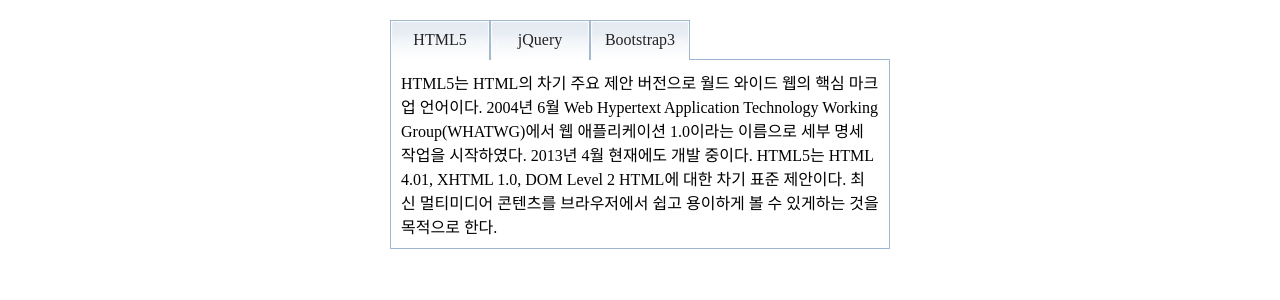
Repository: chaejunho689/bitcamp
Page: jQuery/src/main/webapp/04_jQueryCSS/exam03.html
The author's editor kept a copy of each file at every save. The page is drawn from the files as they stood at one save, then again after a run of saves.
The browser window is 1280 px wide. The pictures show the whole page.
After loading, the first visible `a.selected` was clicked once.
The page's requests for data from a server got no answer.

Above is the page before, as saved 2024-08-23 08:01:49.

### jQuery/src/main/webapp/04_jQueryCSS/exam03.html
<!DOCTYPE html>
<html>
<head>
<meta charset="UTF-8">
<title>Insert title here</title>
<style type="text/css">
* {
    padding: 0;
    margin: 0;
}

#container {
    width: 500px;
    margin: 20px auto;
}

ul.tab {
    list-style: none;
    position: relative;
    z-index: 100;
}

ul.tab li {
    width: 100px;
    height: 40px;
    float: left;
}

ul:after {
    content: '';
    display: block;
    float: none;
    clear: both;
}

ul.tab li a {
    background: url("../image/tab.jpg");
    display: block;
    color: #222;
    line-height: 40px;
    text-align: center;
    text-decoration: none;
}

ul.tab li a.selected {
    background: url("../image/tab_selected.jpg");
}

p.panel {
    border: 1px solid #9FB7D4;
    position: relative;
    padding: 10px;
    margin: 0;
    top: -1px;
}
</style>
</head>
<body>
	<div id="container">
		<!-- 탭 버튼 영역 -->
		<ul class="tab">
			<li><a href="../txt/html5.txt" class="selected">HTML5</a></li>
			<li><a href="../txt/jquery.txt" class="selected">jQuery</a></li>
			<li><a href="../txt/bootstrap.txt" class="selected">Bootstrap3</a></li>
		</ul>
		<!-- 내용 영역 -->
		<p class="panel">파일로부터 읽어드린 내용 출력</p>
	</div>
<script type="text/javascript" src="http://code.jquery.com/jquery-3.7.1.min.js"></script>
<script type="text/javascript">
$(function(){
	console.log($('.selected').attr('href') );
	console.log($('ul.tab > li > a.selected').attr('href'));

	$('p.panel').load($('.selected').attr('href'));

	$('ul.tab > li > a.selected').click(function(){
		console.log('this = ' + this)
		console.log('$(this) = ' + $(this))
		$('ul.tab > li > a').not(this).removeClass('selected');

		return false;
	})

	$('ul.tab > li > a').click(function(){
		$('ul.tab > li > a').load('a').addClass('selected');
	})
});
</script>
</body>
</html>

After the next 2 saves:
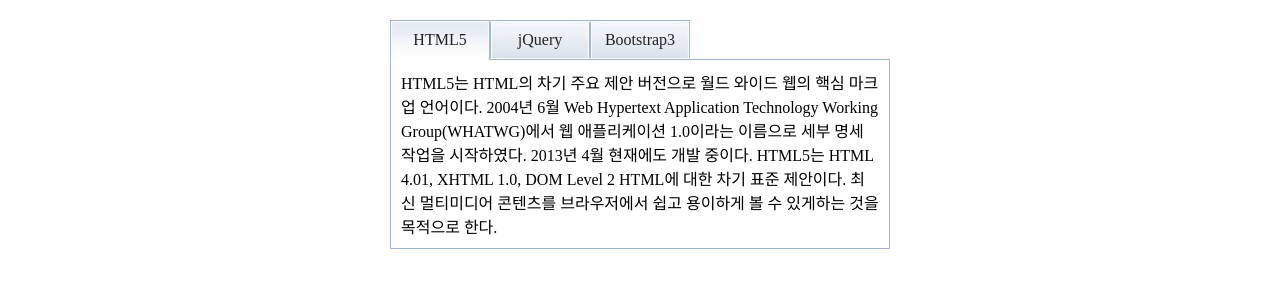
The 2 saves are shown as one change because they came seconds apart.
The last was saved 46 s later.
--- a/jQuery/src/main/webapp/04_jQueryCSS/exam03.html
+++ b/jQuery/src/main/webapp/04_jQueryCSS/exam03.html
@@ -79,11 +79,10 @@
 		console.log('$(this) = ' + $(this))
 		$('ul.tab > li > a').not(this).removeClass('selected');
 
+
+		$(this).addClass('selected');
+
 		return false;
-	})
-
-	$('ul.tab > li > a').click(function(){
-		$('ul.tab > li > a').load('a').addClass('selected');
 	})
 });
 </script>
